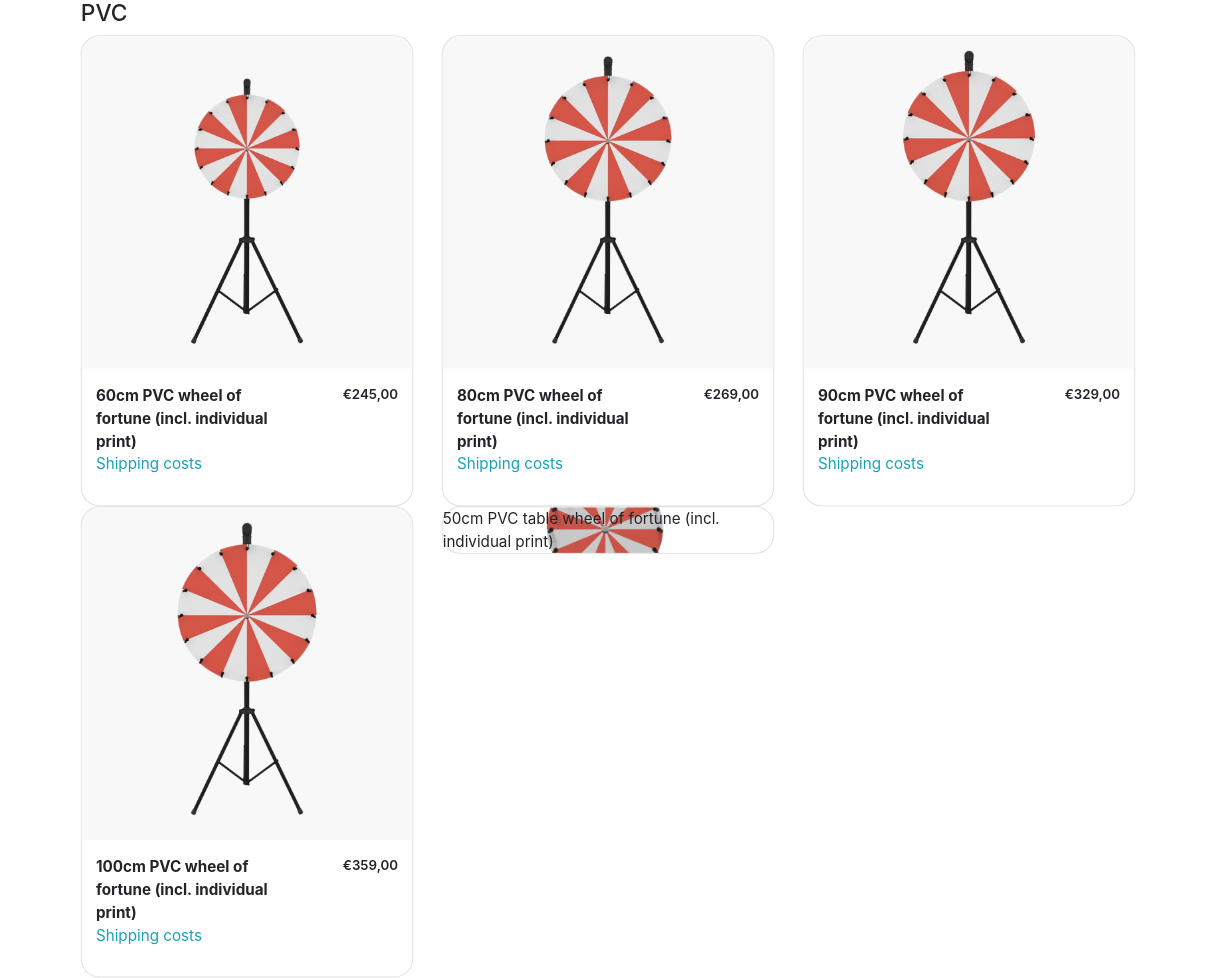
Repository: Awaisp-irfan/fahad-project
Page: pvc.html
These files come from the project's save history. The page is drawn as it stood at one moment and after the next save; the edit follows.
The browser window is 1280 px wide. The pictures show the whole page, at 95% of full size.

Above is the page before, as saved 2022-06-30 09:32:26.

After the next save:
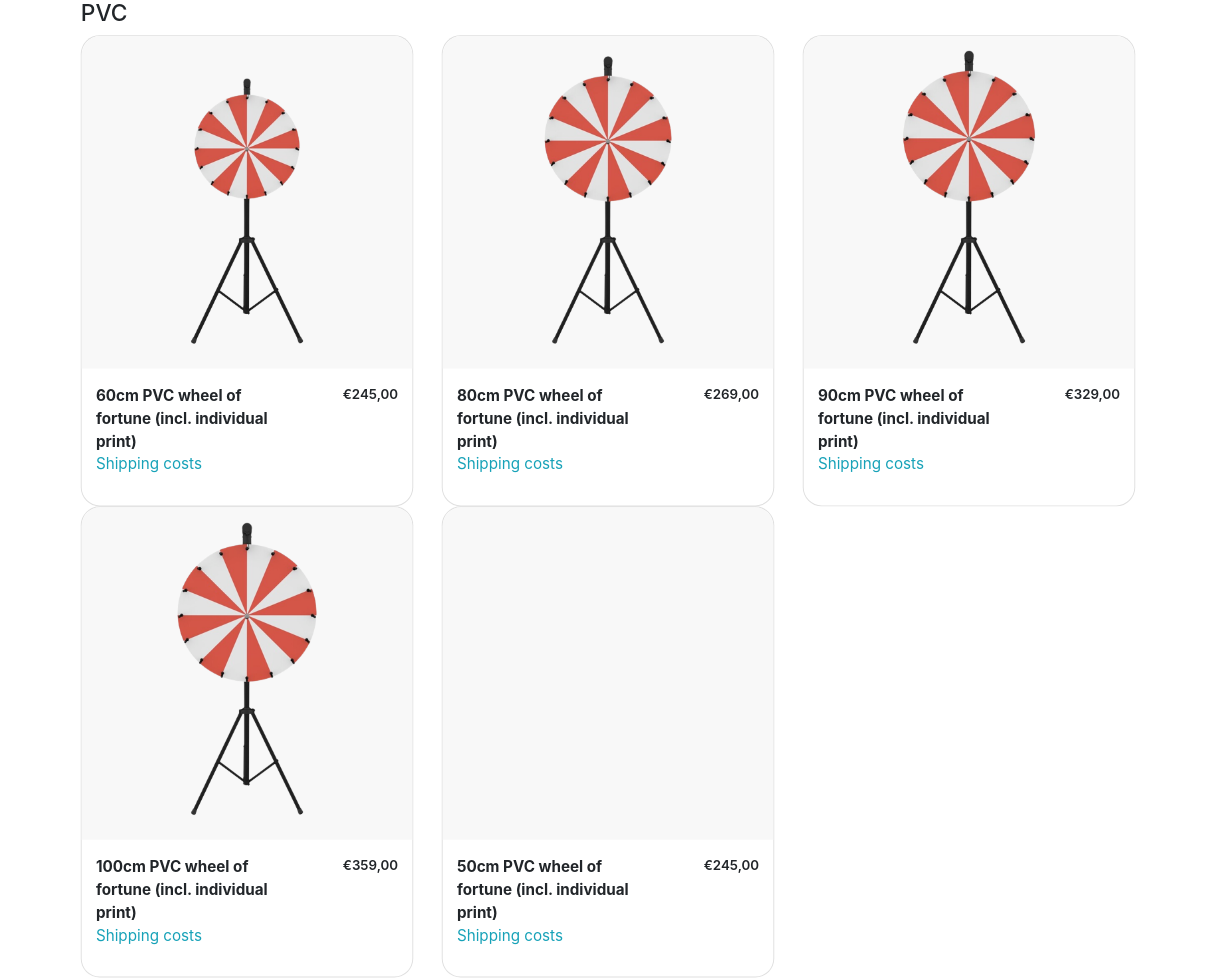
Saved 51 s later.
--- a/pvc.html
+++ b/pvc.html
@@ -91,13 +91,23 @@
               </div>
             </div>
           </div>
-        <div class="col-lg-4">
-          <div class="card img-div">
-            <div class="cm50">
-              50cm PVC table wheel of fortune (incl. individual print)
+          <div class="col-lg-4 col-md-6 col-12">
+            <div class="card">
+              <div class="img-div">
+                <div class="cm50-img"></div>
+              </div>
+              <div class="cm60-content d-flex justify-content-between my-lg-3">
+                <div class="col-8">
+                  <p class="title">50cm PVC wheel of fortune (incl. individual print)</p>
+                  <p class="text-info">Shipping costs</p>
+                </div>
+                <div class="col-4 ">
+                  <p class="price">
+                      €245,00
+                </p></div>
+              </div>
             </div>
           </div>
-        </div>
       </div>
     </div>
   </body>
